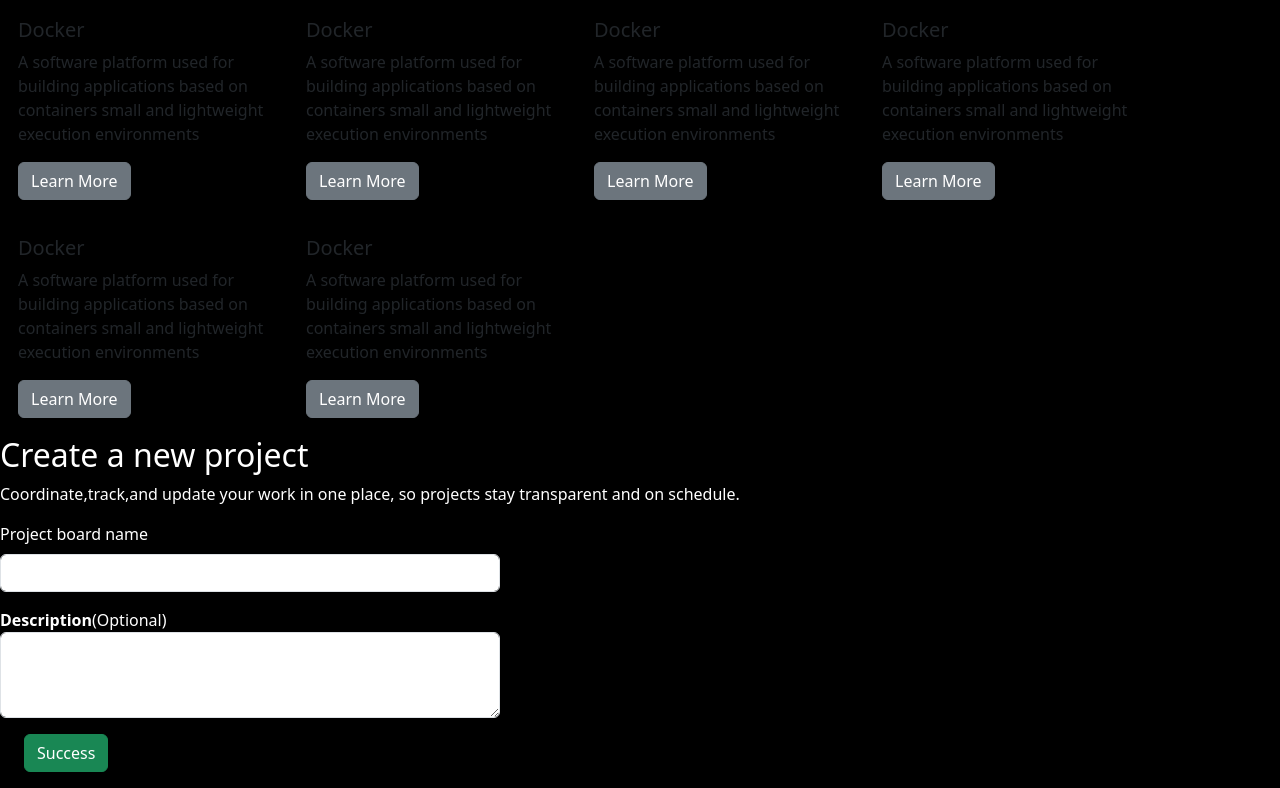
Repository: NSS-Evening-25-Cohort/e25-gitsub-control-alt-defeat
Page: index.html
The author's editor kept a copy of each file at every save. The page is drawn from the files as they stood at one save, then again after the next save.
The browser window is 1280 px wide. The pictures show the whole page.

Above is the page before, as saved 2023-11-07 19:17:00.

### index.html
<!DOCTYPE html>
<html lang="en">
  <head>
    <meta charset="UTF-8" />
    <meta name="viewport" content="width=device-width, initial-scale=1.0" />
    <link
      rel="stylesheet"
      href="https://cdn.jsdelivr.net/npm/bootstrap@5.3.2/dist/css/bootstrap.min.css"
    />
    <link rel="stylesheet" href="main.css" />
    <title>Document</title>
  </head>
  <body>
    <div id="app2"></div>
    <div id="app1"></div>
    <script src="	https://cdn.jsdelivr.net/npm/bootstrap@5.3.2/dist/js/bootstrap.bundle.min.js"></script>
    <div class="packageHeader"><h2>Create a new project</h2>
      <p>Coordinate,track,and update your work in one place, so projects stay transparent and on schedule.</p>
    </div>

    <form>
        <div class="mb-3">
        <label for="exampleInputEmail1" class="form-label" id="boardName">Project board name</label>
        <input type="text" class="form-control" class="packageForm" id="projectBoardName" aria-describedby="emailHelp">
      </div>
      <div class="form-group mb-3">
        <label for="exampleFormControlTextarea1" id="descriptionName" class="packageForm"><B>Description</B>(Optional)</label>
        <textarea class="form-control" id="projectDescription" rows="3"></textarea>
      </div>
      </div>
      <div class="mb-3 form-check">
        <button type="submit" class="btn btn-success">Success</button>
    </form>

    <script src="main.js"></script>

  </body>
</html>

### main.css
body {
  background-color: black;
}

#app1{
  flex-wrap: wrap;
  display: flex;
}

.mb-3{
  width:500px;
  color: white;
}

.packageHeader{
  color:white;
}

.card-body{
  border: solid black 1px;
  border-radius: 25px;
  background-color:black;
}

.card{
  background-color:black;
}

### main.js
const packageCards =[
  {
    id: 1,
    name: "Docker",
    info: "A software platform used for building applications based on containers small and lightweight execution environments",
  },
  {
    id: 2,
    name: "Docker",
    info: "A software platform used for building applications based on containers small and lightweight execution environments"
  },
  {
    id: 3,
    name: "Docker",
    info: "A software platform used for building applications based on containers small and lightweight execution environments"
  },
  {
    id: 4,
    img: "image",
    name: "Docker",
    info: "A software platform used for building applications based on containers small and lightweight execution environments"
  },
  {
    id: 5,
    imageURL: "https://www.google.com/url?sa=i&url=https%3A%2F%2Fwww.creativebloq.com%2Fnews%2Ftwitter-logo-history&psig=AOvVaw3y8LYKl_CxiwL2W_oTsGUa&ust=1699413723681000&source=images&cd=vfe&ved=0CBEQjRxqFwoTCKD7mcz3sIIDFQAAAAAdAAAAABAE",
    name: "Docker",
    info: "A software platform used for building applications based on containers small and lightweight execution environments"
  },
  {
    id: 6,
    name: "Docker",
    info: "A software platform used for building applications based on containers small and lightweight execution environments"
  },
];

const app1 = document.querySelector("#app1");
const app2 = document.querySelector("#app2");

const renderToDom = (packageCards) =>{

  let domString = "";

  for(let card of packageCards){
    domString += `<div class="card" style="width: 18rem;">
    <div class="card-body">
      <h5>${card.name}</h5>
      <p class="card-text">${card.info}</p>
      <button type="button" class="btn btn-secondary">Learn More</button>
    </div>
  </div>`
  }
  const app1 = document.querySelector("#app1")
  app1.innerHTML = domString
}
renderToDom(packageCards)


const form = document.querySelector("form");

const createPackage = (event) =>{
  event.preventDefault();

  const newPackage = {
    id: packageCards.length +1,
    name: document.querySelector("#projectBoardName").value,
    info: document.querySelector("#projectDescription").value,
  }
  packageCards.push(newPackage);
  renderToDom(packageCards);
  form.reset();
}
form.addEventListener("submit", createPackage)

After the next save:
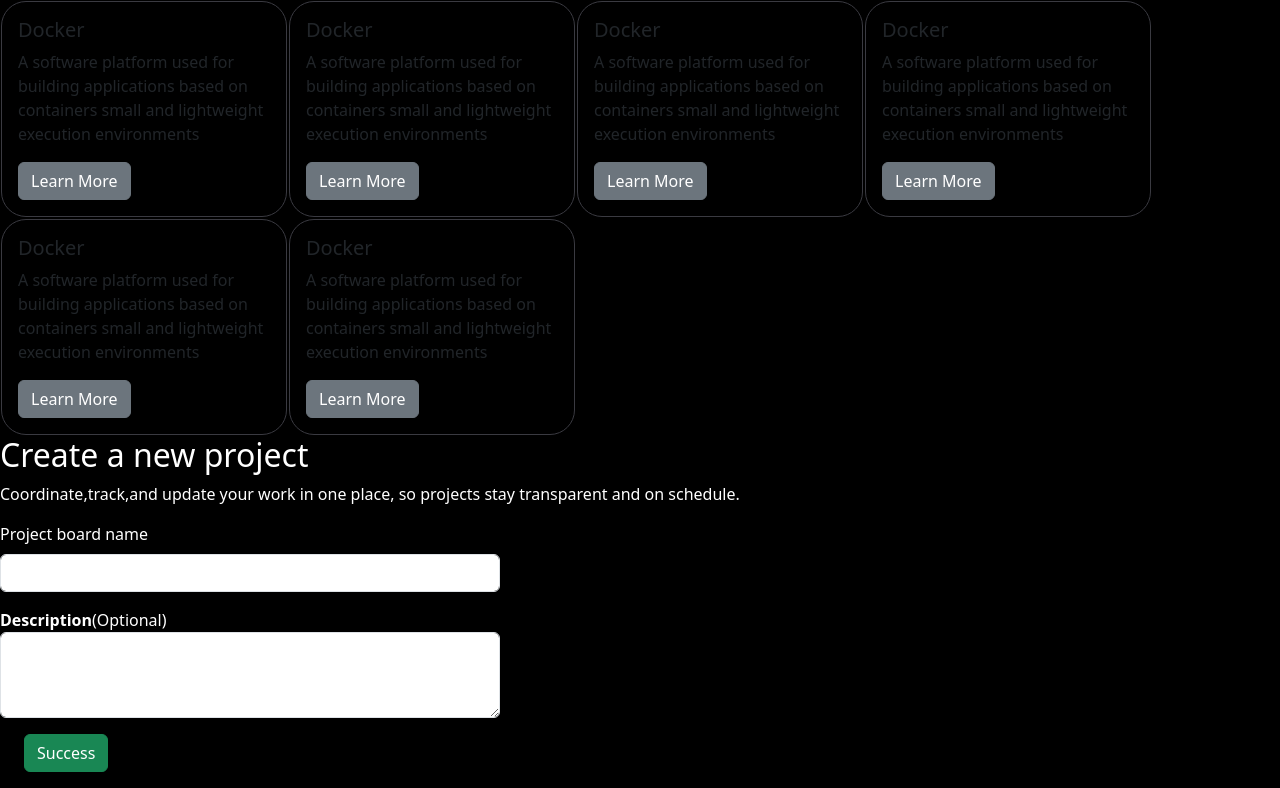
Saved 6 s later.
--- a/main.css
+++ b/main.css
@@ -17,7 +17,7 @@
 }
 
 .card-body{
-  border: solid black 1px;
+  border: solid rgb(58, 58, 65) 1px;
   border-radius: 25px;
   background-color:black;
 }
